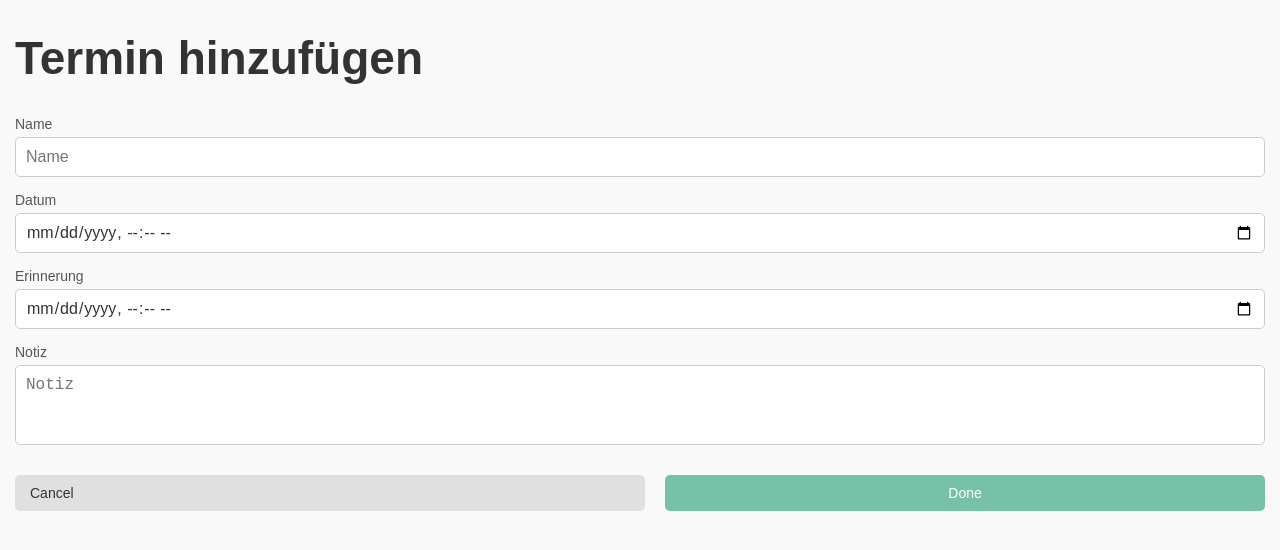
Repository: jakemoes/Pet-Tracker
Page: PWA/addAppointment.html
An editor plug-in stored every save of this project. The page is shown before and after the next save, followed by the edit.
The browser window is 1280 px wide. The pictures show the whole page.

Above is the page before, as saved 2024-12-06 20:06:38.

After the next save:
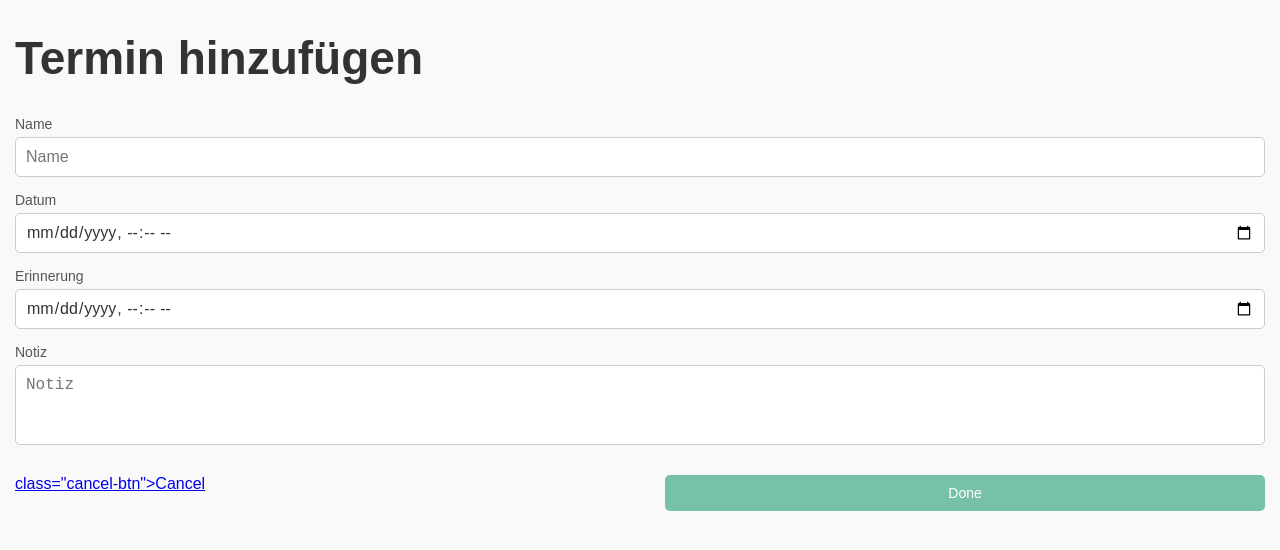
Saved 4 s later.
--- a/PWA/addAppointment.html
+++ b/PWA/addAppointment.html
@@ -24,7 +24,7 @@
 
             <div class="button-container">
                 <a
-                    <button type="button" class="cancel-btn">Cancel</button>
+                    <button type="button"href="appointment.html"></button> class="cancel-btn">Cancel</button>
                 </a>
                 <button type="submit" class="done-btn">Done</button>
             </div>
